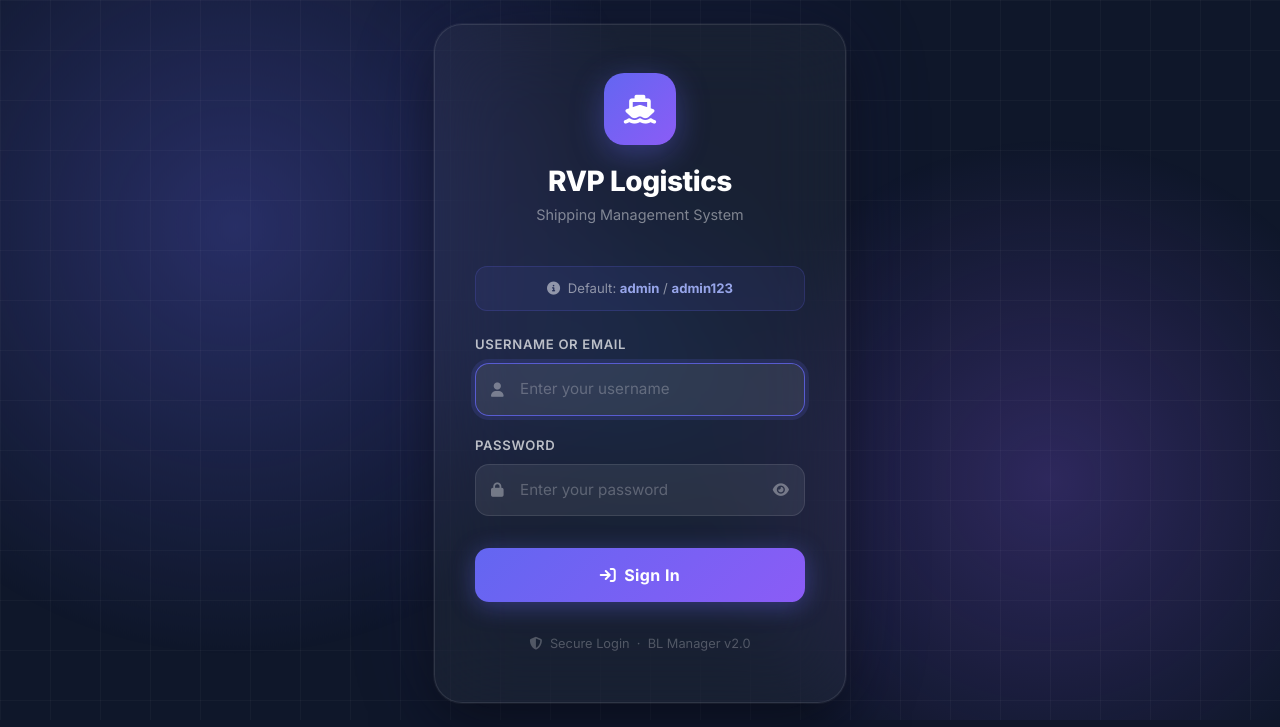
Repository: senteu254/logistics
Page: http://localhost/login.php
The author's editor kept a copy of each file at every save. The page is drawn from the files as they stood at one save, then again after the next save.
The browser window is 1280 px wide. The pictures show the whole page.
The page is run by PHP 8.4 with error messages shown; the project is at /var/www/html/.

Above is the page before, as saved 2026-05-13 13:33:21.

### login.php
<?php
require_once 'config/database.php';

if (isset($_SESSION['user_id'])) {
    header('Location: dashboard.php');
    exit();
}

$error   = '';
$success = '';

if ($_SERVER['REQUEST_METHOD'] === 'POST') {
    $input    = trim($_POST['username'] ?? '');
    $password = $_POST['password'] ?? '';

    if (empty($input) || empty($password)) {
        $error = 'Please fill in all fields.';
    } else {
        $stmt = $pdo->prepare("SELECT * FROM users WHERE username = ? OR email = ? LIMIT 1");
        $stmt->execute([$input, $input]);
        $user = $stmt->fetch();

        if ($user && password_verify($password, $user['password'])) {
            $_SESSION['user_id']   = $user['id'];
            $_SESSION['username']  = $user['username'];
            $_SESSION['full_name'] = $user['full_name'];
            header('Location: dashboard.php');
            exit();
        } else {
            $error = 'Invalid username or password. Please try again.';
        }
    }
}
?>
<!DOCTYPE html>
<html lang="en">
<head>
    <meta charset="UTF-8">
    <meta name="viewport" content="width=device-width, initial-scale=1.0">
    <title>Sign In</title>

    <link href="https://cdn.jsdelivr.net/npm/bootstrap@5.3.2/dist/css/bootstrap.min.css" rel="stylesheet">
    <link href="https://cdnjs.cloudflare.com/ajax/libs/font-awesome/6.5.1/css/all.min.css" rel="stylesheet">
    <link href="https://fonts.googleapis.com/css2?family=Inter:wght@300;400;500;600;700;800&display=swap" rel="stylesheet">

    <style>
        * {
            margin: 0;
            padding: 0;
            box-sizing: border-box;
        }

        body {
            font-family: 'Inter', sans-serif;
            min-height: 100vh;
            display: flex;
            align-items: center;
            justify-content: center;
            background: #0f172a;
            overflow: hidden;
            position: relative;
        }

        /* Animated Background */
        .bg-animated {
            position: fixed;
            inset: 0;
            z-index: 0;
            overflow: hidden;
        }

        .bg-animated::before {
            content: '';
            position: absolute;
            width: 800px;
            height: 800px;
            background: radial-gradient(circle, rgba(99, 102, 241, 0.3) 0%, transparent 70%);
            top: -200px;
            left: -200px;
            animation: float1 8s ease-in-out infinite;
        }

        .bg-animated::after {
            content: '';
            position: absolute;
            width: 600px;
            height: 600px;
            background: radial-gradient(circle, rgba(139, 92, 246, 0.25) 0%, transparent 70%);
            bottom: -100px;
            right: -100px;
            animation: float2 10s ease-in-out infinite;
        }

        .bg-orb {
            position: absolute;
            width: 400px;
            height: 400px;
            background: radial-gradient(circle, rgba(59, 130, 246, 0.2) 0%, transparent 70%);
            top: 50%;
            left: 50%;
            transform: translate(-50%, -50%);
            animation: pulse 6s ease-in-out infinite;
        }

        @keyframes float1 {
            0%, 100% { transform: translate(0, 0) scale(1); }
            50% { transform: translate(40px, 30px) scale(1.1); }
        }

        @keyframes float2 {
            0%, 100% { transform: translate(0, 0) scale(1); }
            50% { transform: translate(-30px, -40px) scale(1.15); }
        }

        @keyframes pulse {
            0%, 100% { opacity: 0.5; transform: translate(-50%, -50%) scale(1); }
            50% { opacity: 0.8; transform: translate(-50%, -50%) scale(1.1); }
        }

        /* Grid Lines */
        .bg-grid {
            position: fixed;
            inset: 0;
            z-index: 0;
            background-image:
                linear-gradient(rgba(255,255,255,0.03) 1px, transparent 1px),
                linear-gradient(90deg, rgba(255,255,255,0.03) 1px, transparent 1px);
            background-size: 50px 50px;
        }

        /* Login Card */
        .login-wrapper {
            position: relative;
            z-index: 10;
            width: 100%;
            max-width: 460px;
            padding: 1.5rem;
            animation: slideUp 0.7s cubic-bezier(0.22, 1, 0.36, 1);
        }

        @keyframes slideUp {
            from { opacity: 0; transform: translateY(40px); }
            to   { opacity: 1; transform: translateY(0); }
        }

        .login-card {
            background: rgba(255, 255, 255, 0.04);
            backdrop-filter: blur(40px);
            -webkit-backdrop-filter: blur(40px);
            border: 1px solid rgba(255, 255, 255, 0.1);
            border-radius: 28px;
            padding: 3rem 2.5rem;
            box-shadow:
                0 0 0 1px rgba(255,255,255,0.05),
                0 20px 60px rgba(0,0,0,0.5),
                0 0 100px rgba(99,102,241,0.1);
        }

        /* Brand */
        .brand {
            text-align: center;
            margin-bottom: 2.5rem;
        }

        .brand-icon {
            width: 72px;
            height: 72px;
            background: linear-gradient(135deg, #6366f1, #8b5cf6);
            border-radius: 20px;
            display: flex;
            align-items: center;
            justify-content: center;
            margin: 0 auto 1.25rem;
            font-size: 1.8rem;
            color: white;
            box-shadow: 0 8px 32px rgba(99, 102, 241, 0.4);
        }

        .brand h1 {
            color: white;
            font-size: 1.75rem;
            font-weight: 800;
            letter-spacing: -0.5px;
            margin-bottom: 0.35rem;
        }

        .brand p {
            color: rgba(255,255,255,0.45);
            font-size: 0.9rem;
            font-weight: 400;
        }

        /* Form Labels */
        .field-label {
            display: block;
            color: rgba(255,255,255,0.7);
            font-size: 0.82rem;
            font-weight: 600;
            letter-spacing: 0.05em;
            text-transform: uppercase;
            margin-bottom: 0.5rem;
        }

        /* Input Fields */
        .input-wrapper {
            position: relative;
            margin-bottom: 1.25rem;
        }

        .input-icon {
            position: absolute;
            left: 16px;
            top: 50%;
            transform: translateY(-50%);
            color: rgba(255,255,255,0.35);
            font-size: 0.9rem;
            z-index: 2;
            pointer-events: none;
        }

        .form-input {
            width: 100%;
            background: rgba(255,255,255,0.07);
            border: 1.5px solid rgba(255,255,255,0.1);
            border-radius: 14px;
            padding: 14px 16px 14px 44px;
            color: white;
            font-family: 'Inter', sans-serif;
            font-size: 0.95rem;
            font-weight: 400;
            transition: all 0.3s ease;
            outline: none;
        }

        .form-input::placeholder {
            color: rgba(255,255,255,0.25);
        }

        .form-input:focus {
            border-color: rgba(99, 102, 241, 0.8);
            background: rgba(255,255,255,0.09);
            box-shadow: 0 0 0 4px rgba(99, 102, 241, 0.15);
        }

        .toggle-password {
            position: absolute;
            right: 16px;
            top: 50%;
            transform: translateY(-50%);
            background: none;
            border: none;
            color: rgba(255,255,255,0.35);
            cursor: pointer;
            padding: 0;
            font-size: 0.9rem;
            transition: color 0.2s;
        }

        .toggle-password:hover {
            color: rgba(255,255,255,0.7);
        }

        /* Error Alert */
        .alert-error {
            background: rgba(239, 68, 68, 0.12);
            border: 1px solid rgba(239, 68, 68, 0.3);
            border-radius: 14px;
            padding: 14px 16px;
            color: #fca5a5;
            font-size: 0.88rem;
            font-weight: 500;
            display: flex;
            align-items: center;
            gap: 10px;
            margin-bottom: 1.5rem;
            animation: shake 0.4s ease;
        }

        @keyframes shake {
            0%, 100% { transform: translateX(0); }
            25% { transform: translateX(-6px); }
            75% { transform: translateX(6px); }
        }

        /* Sign In Button */
        .btn-signin {
            width: 100%;
            background: linear-gradient(135deg, #6366f1 0%, #8b5cf6 100%);
            color: white;
            border: none;
            border-radius: 14px;
            padding: 15px;
            font-family: 'Inter', sans-serif;
            font-size: 1rem;
            font-weight: 700;
            letter-spacing: 0.025em;
            cursor: pointer;
            transition: all 0.3s cubic-bezier(0.4, 0, 0.2, 1);
            box-shadow: 0 4px 24px rgba(99, 102, 241, 0.4);
            margin-top: 0.75rem;
            position: relative;
            overflow: hidden;
        }

        .btn-signin::before {
            content: '';
            position: absolute;
            inset: 0;
            background: linear-gradient(135deg, #818cf8 0%, #a78bfa 100%);
            opacity: 0;
            transition: opacity 0.3s;
        }

        .btn-signin:hover::before {
            opacity: 1;
        }

        .btn-signin:hover {
            transform: translateY(-2px);
            box-shadow: 0 8px 32px rgba(99, 102, 241, 0.55);
        }

        .btn-signin:active {
            transform: translateY(0);
        }

        .btn-signin span {
            position: relative;
            z-index: 1;
            display: flex;
            align-items: center;
            justify-content: center;
            gap: 8px;
        }

        /* Divider */
        .divider {
            display: flex;
            align-items: center;
            gap: 12px;
            margin: 1.5rem 0;
        }

        .divider-line {
            flex: 1;
            height: 1px;
            background: rgba(255,255,255,0.08);
        }

        .divider-text {
            color: rgba(255,255,255,0.3);
            font-size: 0.8rem;
            font-weight: 500;
        }

        /* Footer text */
        .login-footer {
            text-align: center;
            margin-top: 2rem;
            color: rgba(255,255,255,0.25);
            font-size: 0.8rem;
        }

        /* Credentials hint */
        .credentials-hint {
            background: rgba(99, 102, 241, 0.08);
            border: 1px solid rgba(99, 102, 241, 0.2);
            border-radius: 12px;
            padding: 12px 16px;
            margin-bottom: 1.5rem;
            font-size: 0.82rem;
            color: rgba(255,255,255,0.5);
            text-align: center;
        }

        .credentials-hint strong {
            color: rgba(165, 180, 252, 0.9);
        }
    </style>
</head>
<body>

    <!-- Animated Background -->
    <div class="bg-animated">
        <div class="bg-orb"></div>
    </div>
    <div class="bg-grid"></div>

    <!-- Login Card -->
    <div class="login-wrapper">
        <div class="login-card">

            <!-- Brand -->
            <div class="brand">
                <div class="brand-icon">
                    <i class="fas fa-ship"></i>
                </div>
                <h1>RVP Logistics</h1>
                <p>Shipping Management System</p>
            </div>

            <!-- Error Alert -->
            <?php if ($error): ?>
            <div class="alert-error">
                <i class="fas fa-circle-exclamation"></i>
                <?php echo htmlspecialchars($error); ?>
            </div>
            <?php endif; ?>

            <!-- Credentials Hint -->
            <div class="credentials-hint">
                <i class="fas fa-info-circle me-1"></i>
                Default: <strong>admin</strong> / <strong>admin123</strong>
            </div>

            <!-- Login Form -->
            <form method="POST" action="" novalidate>

                <div style="margin-bottom: 1.25rem;">
                    <label class="field-label">Username or Email</label>
                    <div class="input-wrapper">
                        <i class="fas fa-user input-icon"></i>
                        <input
                            type="text"
                            name="username"
                            class="form-input"
                            placeholder="Enter your username"
                            value="<?php echo htmlspecialchars($_POST['username'] ?? ''); ?>"
                            required
                            autofocus
                        >
                    </div>
                </div>

                <div style="margin-bottom: 0.5rem;">
                    <label class="field-label">Password</label>
                    <div class="input-wrapper">
                        <i class="fas fa-lock input-icon"></i>
                        <input
                            type="password"
                            name="password"
                            id="passwordField"
                            class="form-input"
                            placeholder="Enter your password"
                            required
                        >
                        <button
                            type="button"
                            class="toggle-password"
                            onclick="togglePassword()"
                            id="toggleBtn"
                        >
                            <i class="fas fa-eye" id="eyeIcon"></i>
                        </button>
                    </div>
                </div>

                <button type="submit" class="btn-signin">
                    <span>
                        <i class="fas fa-arrow-right-to-bracket"></i>
                        Sign In
                    </span>
                </button>

            </form>

            <!-- Footer -->
            <div class="login-footer">
                <i class="fas fa-shield-halved me-1"></i>
                Secure Login &nbsp;·&nbsp; BL Manager v2.0
            </div>

        </div>
    </div>

    <script src="https://cdn.jsdelivr.net/npm/bootstrap@5.3.2/dist/js/bootstrap.bundle.min.js"></script>
    <script>
        function togglePassword() {
            const field   = document.getElementById('passwordField');
            const icon    = document.getElementById('eyeIcon');
            const isHidden = field.type === 'password';
            field.type    = isHidden ? 'text' : 'password';
            icon.className = isHidden ? 'fas fa-eye-slash' : 'fas fa-eye';
        }

        // Add loading state on submit
        document.querySelector('form').addEventListener('submit', function () {
            const btn = document.querySelector('.btn-signin');
            btn.innerHTML = `<span><i class="fas fa-spinner fa-spin"></i> Signing in...</span>`;
            btn.disabled = true;
        });
    </script>
</body>
</html>

### config/database.php
<?php
define('BASE_URL', '/rvp-logistics/'); // Change 'bl' to your folder name
$host     = 'localhost';
$dbname   = 'bill_of_lading';
$db_user  = 'root';   // Change to your MySQL username
$db_pass  = 'schlumberger';       // Change to your MySQL password

try {
    $pdo = new PDO(
        "mysql:host=$host;dbname=$dbname;charset=utf8",
        $db_user,
        $db_pass,
        [
            PDO::ATTR_ERRMODE            => PDO::ERRMODE_EXCEPTION,
            PDO::ATTR_DEFAULT_FETCH_MODE => PDO::FETCH_ASSOC,
            PDO::ATTR_EMULATE_PREPARES   => false,
        ]
    );
} catch (PDOException $e) {
    die(json_encode(['error' => 'DB Connection failed: ' . $e->getMessage()]));
}

if (session_status() === PHP_SESSION_NONE) {
    session_start();
}
?>

After the next save:
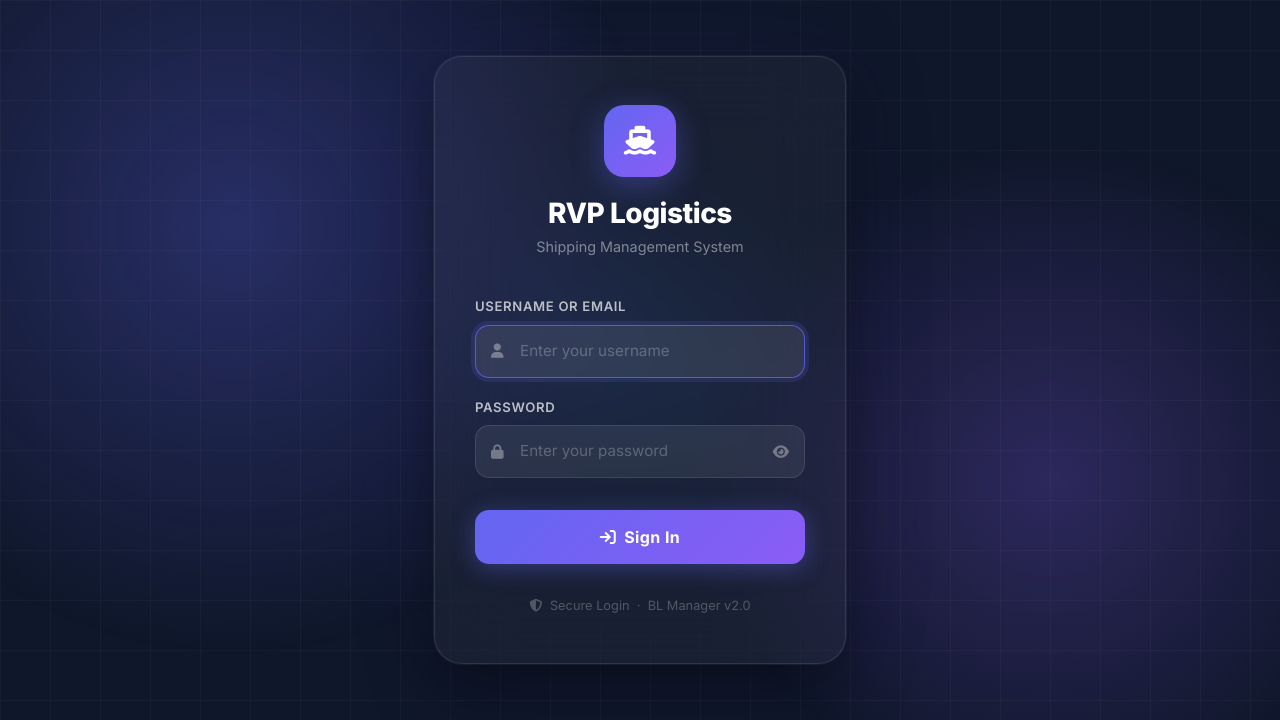
Saved 17 s later.
--- a/login.php
+++ b/login.php
@@ -408,10 +408,10 @@ if ($_SERVER['REQUEST_METHOD'] === 'POST') {
             <?php endif; ?>
 
             <!-- Credentials Hint -->
-            <div class="credentials-hint">
+            <!-- <div class="credentials-hint">
                 <i class="fas fa-info-circle me-1"></i>
                 Default: <strong>admin</strong> / <strong>admin123</strong>
-            </div>
+            </div> -->
 
             <!-- Login Form -->
             <form method="POST" action="" novalidate>
